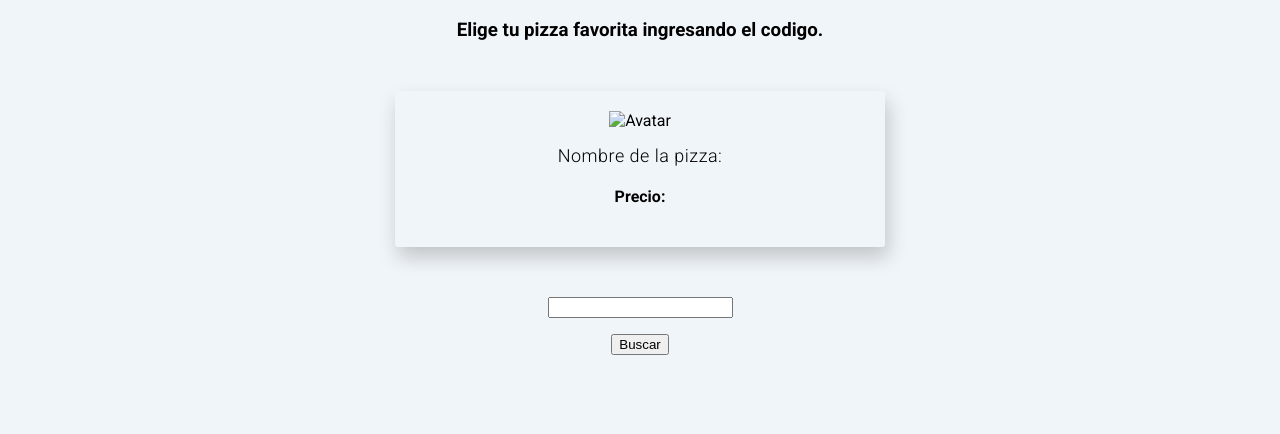
Repository: lucas-itup/E1-JAVASCRIPT
Page: index.html
An editor plug-in stored every save of this project. The page is shown before and after the next save, followed by the edit.
The browser window is 1280 px wide. The pictures show the whole page.
Some web libraries are served in a nearby version.

Above is the page before, as saved 2022-09-27 22:31:31.

### index.html
<!DOCTYPE html>
<html lang="en">

<head>
    <meta charset="UTF-8">
    <meta http-equiv="X-UA-Compatible" content="IE=edge">
    <meta name="viewport" content="width=device-width, initial-scale=1.0">
    <link rel="stylesheet" href="/stylesheet/styles.css">
    <title>E1-JAVASCRIPT</title>
    <link href="https://fonts.googleapis.com/css?family=Roboto:300,400,700&display=swap" rel="stylesheet">
    <script src="https://kit.fontawesome.com/c8ee3dd930.js"></script>
</head>

<body>
    <div id="listado-pizzas" style="text-align: center;">
        <div>
            <h3>Elige tu pizza favorita ingresando el codigo.</h3>
            <div class="card">
                <img id="img-pizza" src="" alt="Avatar" style="width:30%">
                <div class="container">
                    <h2>Nombre de la pizza: <span id="nombre-pizza"> </span></h2>
                    <h4>Precio: <span id="precio-pizza"></span></h4>
                </div>
            </div>
        </div>
        <div>
            <input type="number" value="" id="value-id">
            <p id="input-vacio"> </p>
            <button onclick="buscarPizza()" type="button">Buscar</button>
        </div>
    </div>

    <script src="/assets/index.js"></script>
</body>

</html>

### stylesheet/styles.css
body {
    font-family: 'Roboto', sans-serif;
    background: #f0f5f9;
}

.card {
    position: relative;
    margin: 50px auto;
    width: 450px;
    padding: 20px;
    box-shadow: 3px 10px 20px rgba(0, 0, 0, 0.2);
    border-radius: 3px;
    border: 0;
    .circle {
        border-radius: 3px;
        width: 150px;
        height: 150px;
        background: black;
        position: absolute;
        right: 0px;
        top: 0;
        background-image: linear-gradient(to top, #fbc2eb 0%, #a6c1ee 100%);
        border-bottom-left-radius: 170px;
    }
    .content {
        margin-top: 25px;
        display: flex;
        flex-direction: column;
    }
    h1 {
        font-size: 34px;
        font-weight: bold;
        margin-bottom: 0;
    }
    h2 {
        font-size: 18px;
        letter-spacing: 0.5px;
        font-weight: 300;
    }
    .social {
        margin-bottom: 5px;
        a {
            text-decoration: none !important;
            color: black;
            margin-left: 8px;
            font-weight: 300;
            i {
                font-weight: 400;
            }
        }
    }
    .location {
        display: flex;
        align-items: center;
        justify-content: center;
        flex-direction: column;
        i {
            color: red;
        }
        p {
            font-weight: 300;
        }
    }
}

### assets/index.js
let pizza1 = {
    id: '1',
    nombre: 'Muzarella',
    ingredientes: [
        'tomate', 'muzarella', 'oregano'
    ],
    precio: '600',
    imagen: '/img/descarga (1).jpg',
}
let pizza2 = {
    id: '2',
    nombre: 'Napolitana',
    ingredientes: [
        'jamon', 'huevo', 'queso'
    ],
    precio: '300',
    imagen: '/img/descarga (2).jpg',
}
let pizza3 = {
    id: '3',
    nombre: 'Americana',
    ingredientes: [
        'huevoFrito', 'peperoni', 'roquefort'
    ],
    precio: '200',
    imagen: '/img/descarga (3).jpg',
}
let pizza4 = {
    id: '4',
    nombre: 'Rucula',
    ingredientes: [
        'verduras', 'palmito', 'especias'
    ],
    precio: '500',
    imagen: '/img/descarga.jpg',
}
let pizza5 = {
    id: '5',
    nombre: 'Especial',
    ingredientes: [
        'salsa', 'harina', 'crema'
    ],
    precio: '800',
    imagen: '/img/images (1).jpg',
}
let pizza6 = {
    id: '6',
    nombre: 'DE_LA_CASA',
    ingredientes: [
        'anchoas', 'pimientos', 'hongos'
    ],
    precio: '900',
    imagen: '/img/images.jpg',
}

let pizzas = [pizza1, pizza2, pizza3, pizza4, pizza5, pizza6]
let listado = document.getElementById('listado-pizzas');

const buscarPizza = () => {
    let valueid = document.getElementById('value-id').value;
    var precioPizza = document.getElementById('precio-pizza');
    var nombrePizza = document.getElementById('nombre-pizza');
    var inputVacio = document.getElementById('input-vacio');
    var imgPizza = document.getElementById("img-pizza");
    inputVacio.textContent = "";
    precioPizza.textContent = "";
    nombrePizza.textContent = "";
    imgPizza.setAttribute('src', '/img/descarga (4).jpg');

    if (valueid == "") return inputVacio.textContent = "Debes ingresar un valor numerico."

    var found = pizzas.find(function(post, index) {
        inputVacio.textContent = ""
        if (post.id == valueid) {
            precioPizza.textContent = post.precio;
            nombrePizza.textContent = post.nombre;
            imgPizza.setAttribute('src', post.imagen);
            return true;
        }
    });

    if (found == undefined) return inputVacio.textContent = "El codigo ingresado es incorrecto."
}

After the next save:
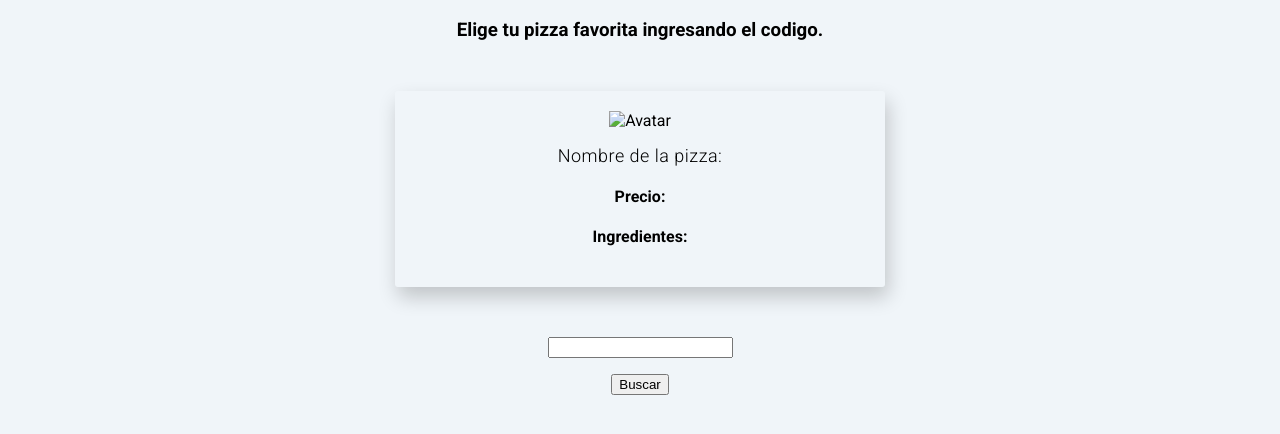
Saved 105 s later.
--- a/index.html
+++ b/index.html
@@ -20,6 +20,7 @@
                 <div class="container">
                     <h2>Nombre de la pizza: <span id="nombre-pizza"> </span></h2>
                     <h4>Precio: <span id="precio-pizza"></span></h4>
+                    <h4>Ingredientes: <span id="ingredientes-pizza"></span></h4>
                 </div>
             </div>
         </div>
